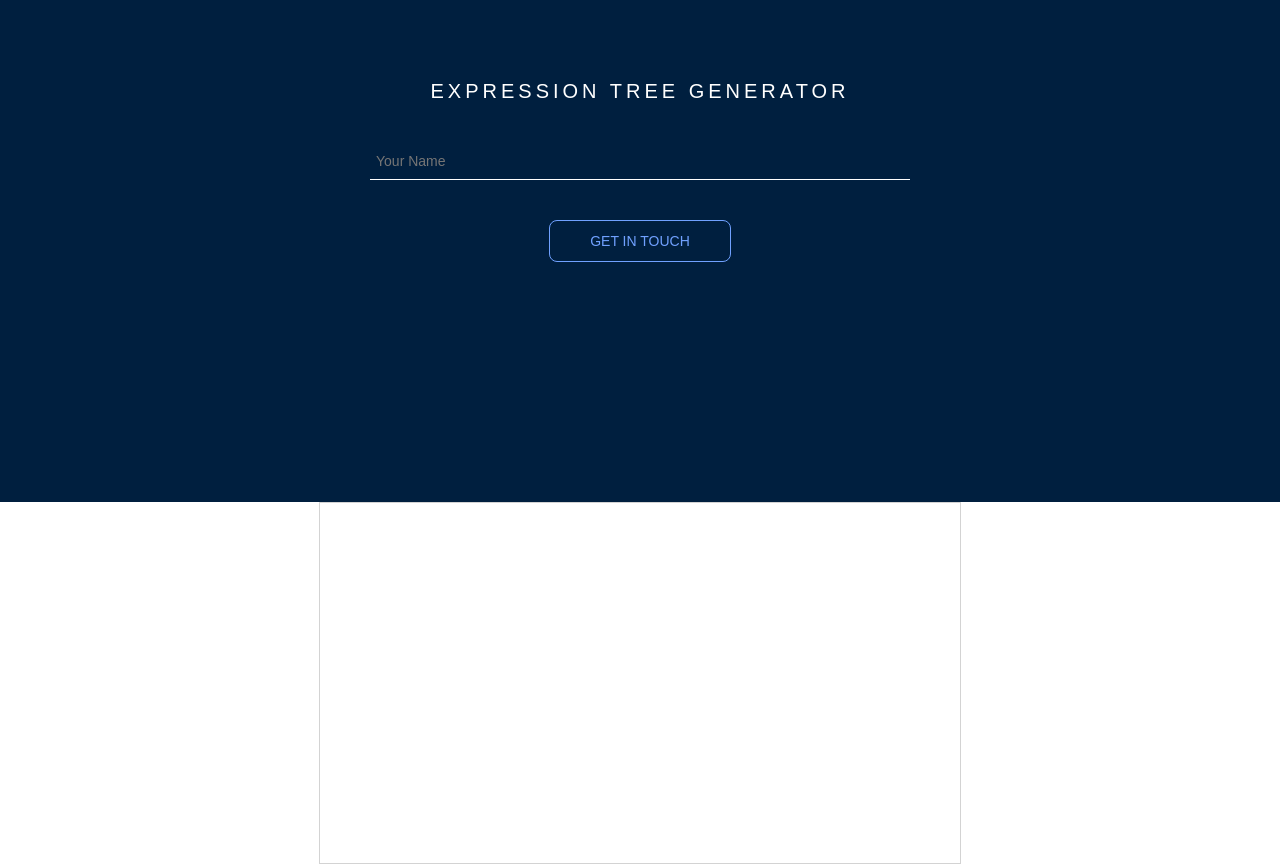
Repository: lnogueir/expression-tree-gen
Page: index.html
An editor plug-in stored every save of this project. The page is shown before and after the next save, followed by the edit.
The browser window is 1280 px wide. The pictures show the whole page.

Above is the page before, as saved 2020-03-15 19:15:59.

After the next save:
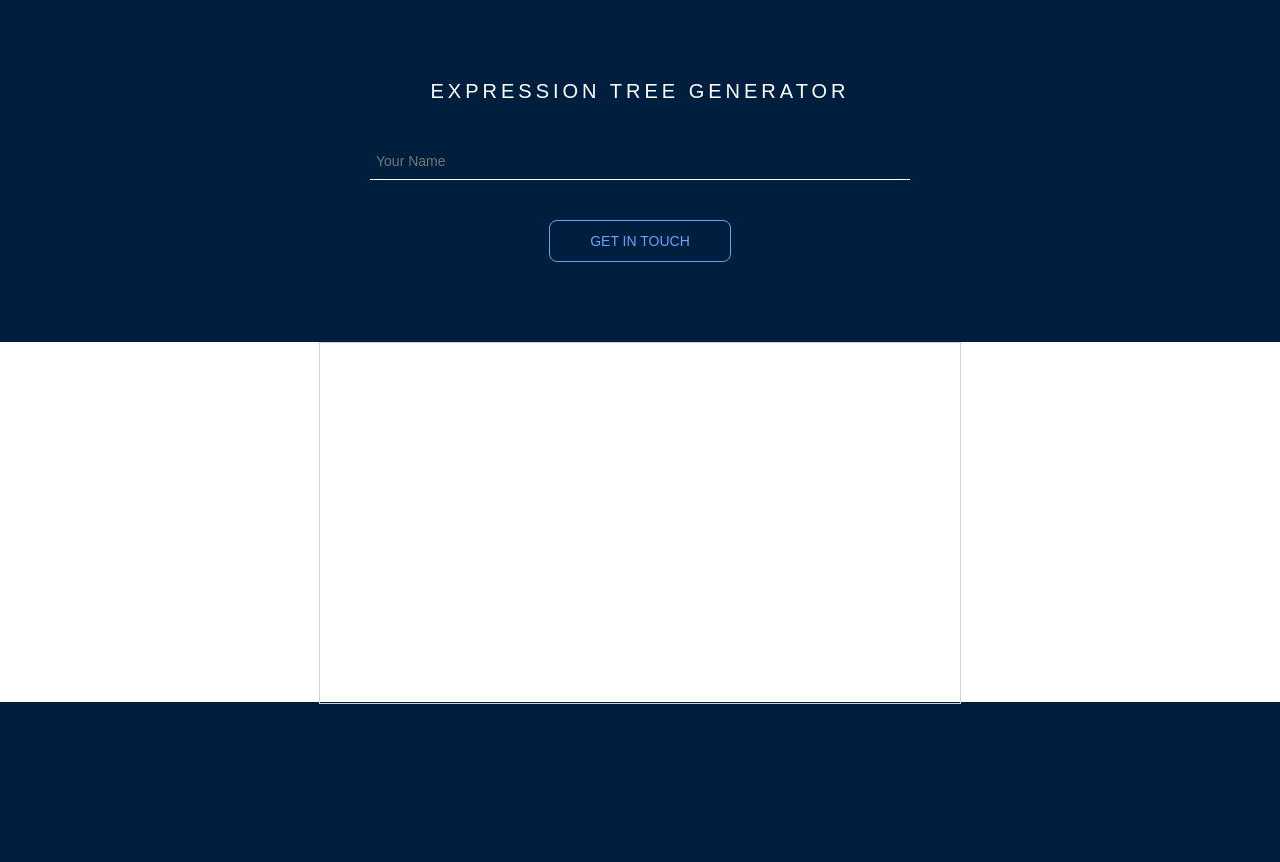
Saved 15 s later.
--- a/index.html
+++ b/index.html
@@ -18,13 +18,14 @@
         </div>
       </div>
 
-      <div class="ending-section">
-
-      </div>
-
     <div id="canvas-container">
         <canvas></canvas>
     </div>
+
+    <div class="ending-section">
+
+    </div>
+
 </body>
 <script src="https://ajax.googleapis.com/ajax/libs/jquery/3.4.1/jquery.min.js"></script>
 <script src="https://cdnjs.cloudflare.com/ajax/libs/mathjs/6.6.1/math.min.js"></script>
